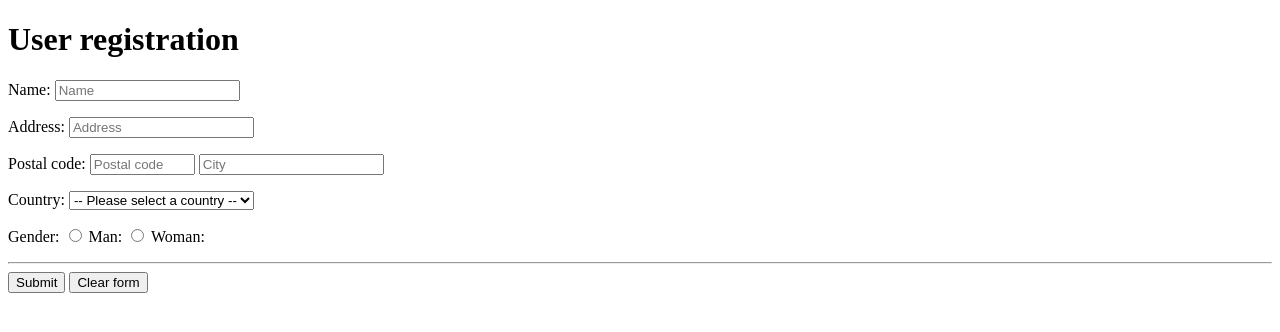
Repository: Filip-Husic/AW_frontend
Page: ex3Forms.html
An editor plug-in stored every save of this project. The page is shown before and after a run of saves, followed by the edit.
The browser window is 1280 px wide. The pictures show the whole page.

Above is the page before, as saved 2022-11-23 11:45:54.

After the next 2 saves:
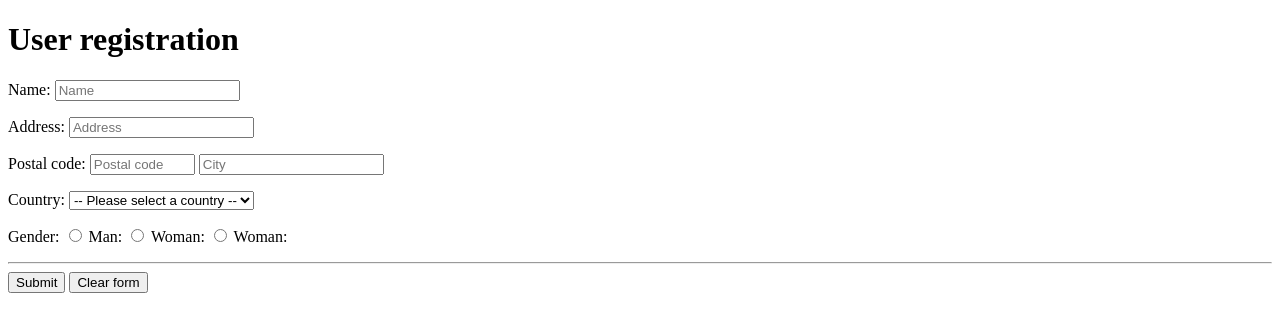
The 2 saves are shown as one change because they came seconds apart.
The last was saved 19 s later.
--- a/ex3Forms.html
+++ b/ex3Forms.html
@@ -40,6 +40,8 @@
             <label for="man">Man:</label>
             <input type="radio" name="gender" id="woman">
             <label for="woman">Woman:</label>
+            <input type="radio" name="gender" id="other">
+            <label for="woman">Woman:</label>
         </p>
         <hr>
         <button type="submit">Submit</button>
